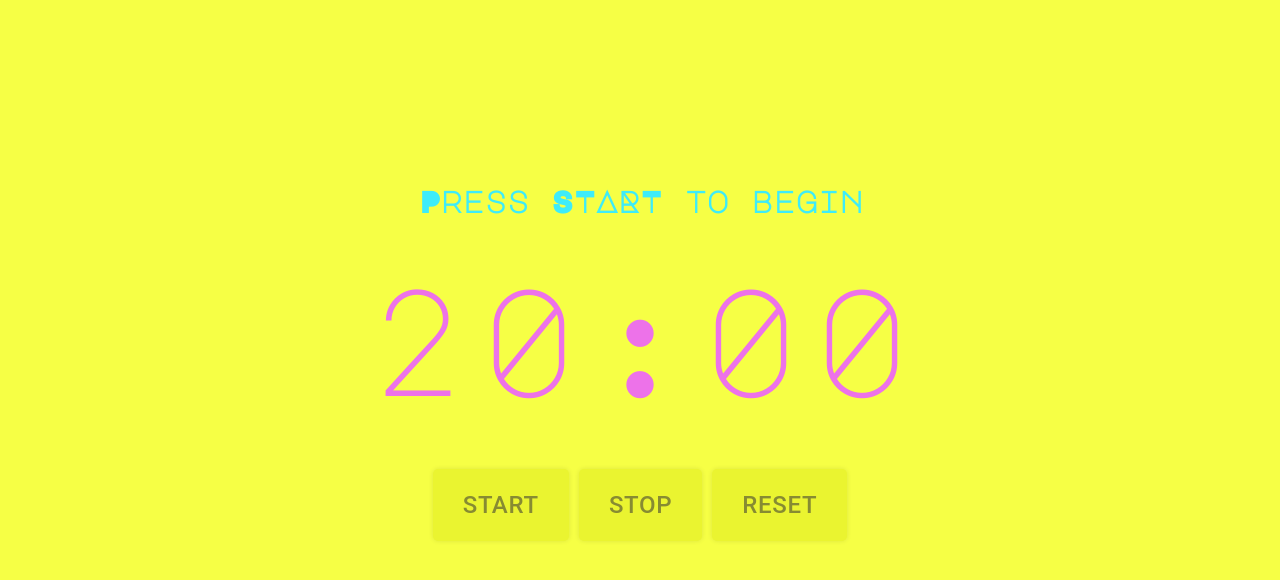
Repository: realistmccoy/pomodoro
Page: /
An editor plug-in stored every save of this project. The page is shown before and after the next save, followed by the edit.
The browser window is 1280 px wide. The pictures show the whole page.
The project was rebuilt for these pictures with package versions that can differ from the ones it lists, and the page was loaded fresh each time.

Above is the page before, as saved 2020-12-10 01:11:33.

After the next save:
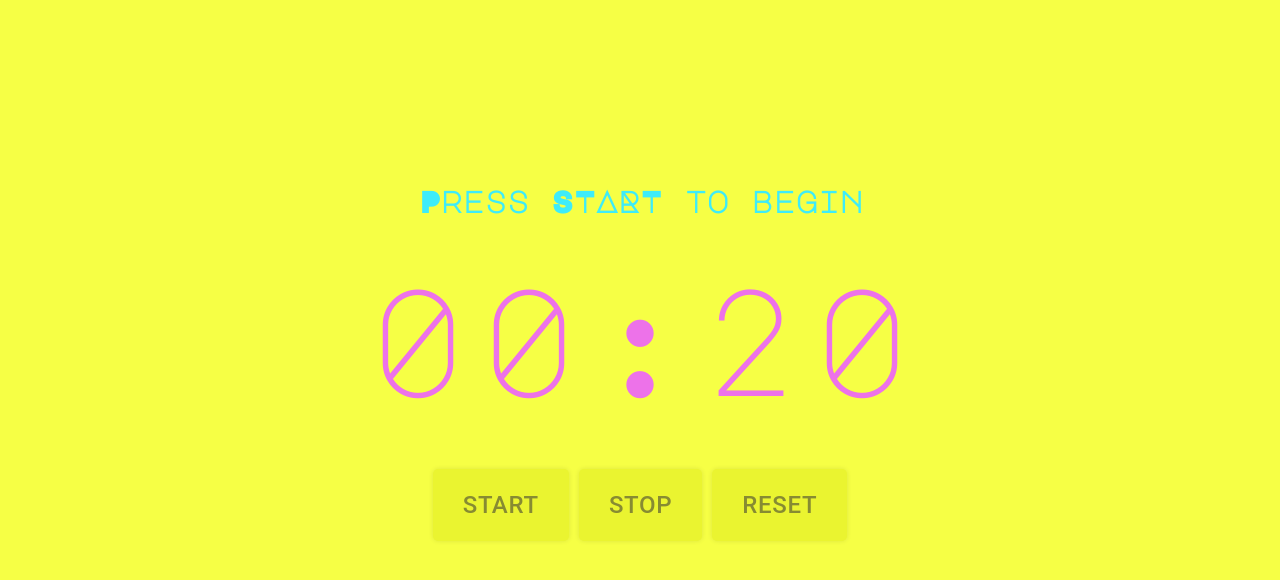
Saved 54 s later.
--- a/src/App.js
+++ b/src/App.js
@@ -8,7 +8,7 @@
 
 export default function App() {
 	const [title, setTitle] = useState('Press START to begin');
-	const [timeLeft, setTimeLeft] = useState(20 * 60);
+	const [timeLeft, setTimeLeft] = useState(20);
 	const intervalRef = useRef(null);
 
 	function startTimer() {

After the 2 saves that followed:
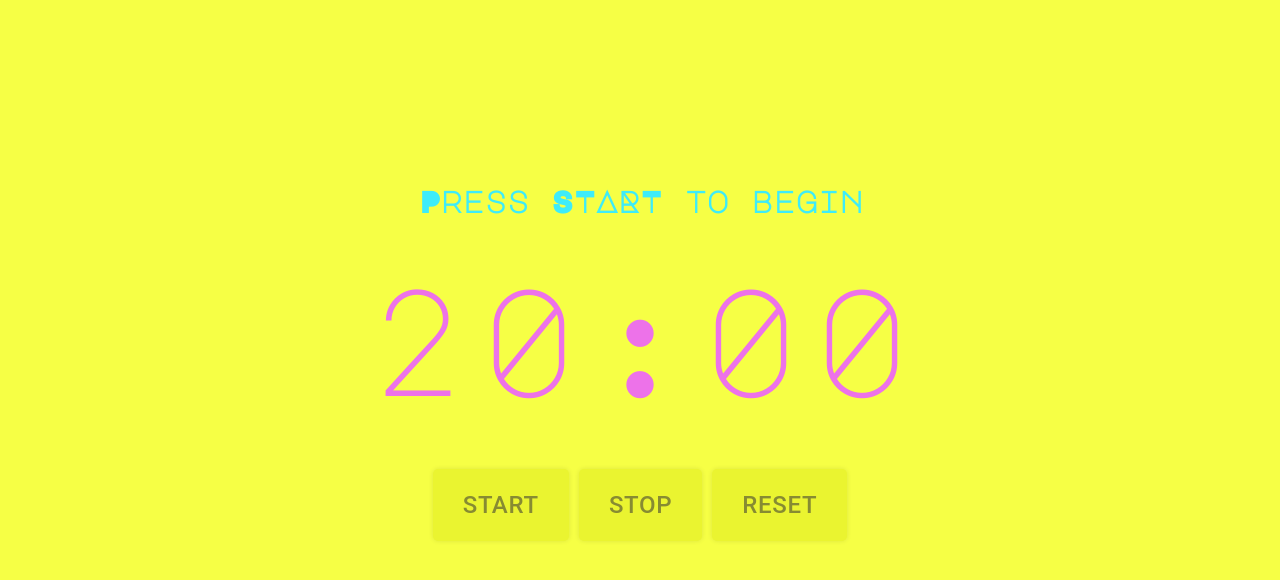
The 2 saves are shown as one change because they came seconds apart.
The last was saved 8 s later.
--- a/src/App.js
+++ b/src/App.js
@@ -8,7 +8,8 @@
 
 export default function App() {
 	const [title, setTitle] = useState('Press START to begin');
-	const [timeLeft, setTimeLeft] = useState(20);
+	const [timeLeft, setTimeLeft] = useState(20 * 60);
+
 	const intervalRef = useRef(null);
 
 	function startTimer() {
